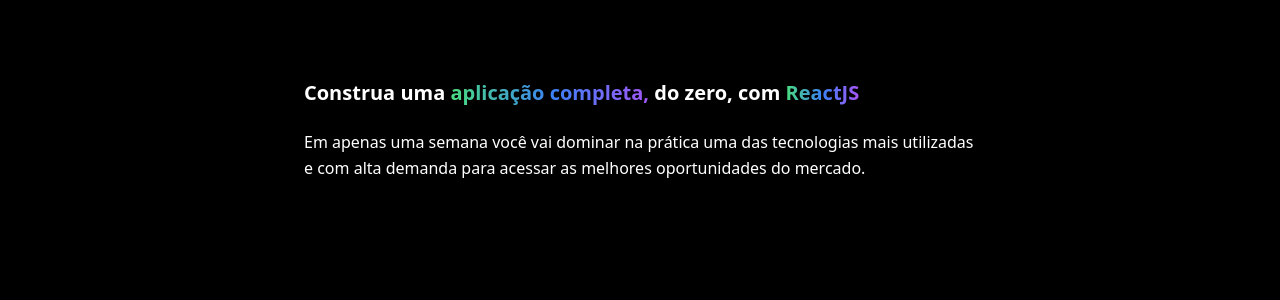
Repository: LuisSempre/Ignite-Lab---ReactJs-2022
Page: /
An editor plug-in stored every save of this project. The page is shown before and after the next save, followed by the edit.
The browser window is 1280 px wide. The pictures show the whole page.
The project was rebuilt for these pictures with package versions that can differ from the ones it lists, and the page was loaded fresh each time. Also part of the build but not shown: vite.config.ts, components/Header.tsx, components/Lesson.tsx, components/Sidebar.tsx, pages/Event.tsx. Imported but missing from the stored project, and not drawn on this page: components/Video.

Above is the page before, as saved 2022-06-24 23:42:26.

After the next save:
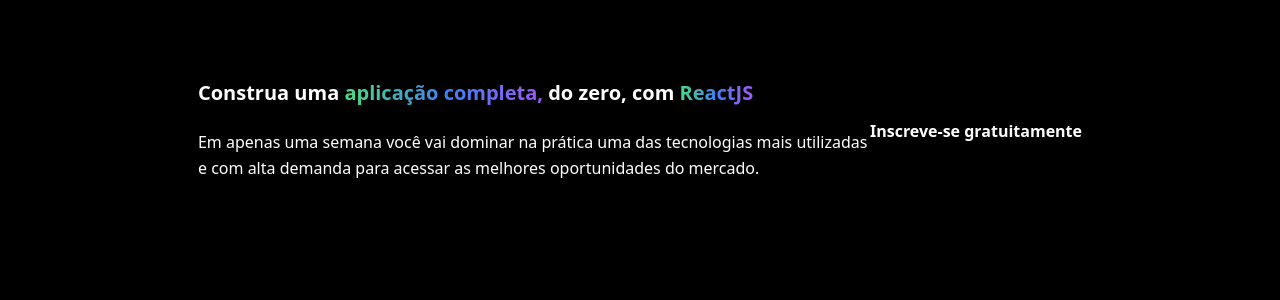
Saved 73 s later.
--- a/pages/Subscribe.tsx
+++ b/pages/Subscribe.tsx
@@ -18,6 +18,9 @@
                         Em apenas uma semana você vai dominar na prática uma das tecnologias mais utilizadas e com alta demanda para acessar as melhores oportunidades do mercado.
                     </p>
                 </div>
+                <div className="">
+                    <strong>Inscreve-se gratuitamente</strong>
+                </div>
             </div>
         </div>
     )
